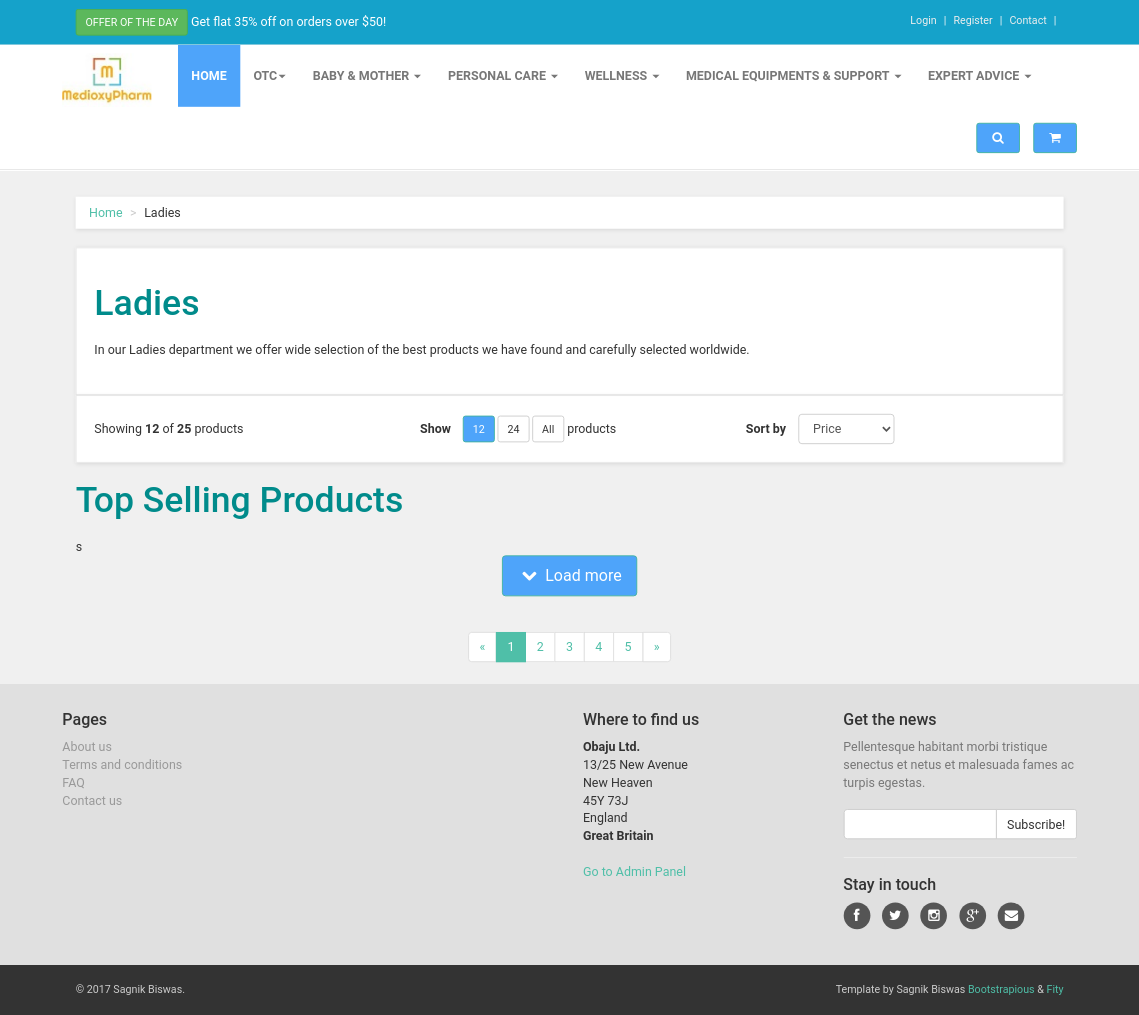
Repository: Sagnikb9/Java-Devops-Ecommerce
Page: http://localhost/MedioxyPharm/WEB-INF/views/product.jsp
The author's editor kept a copy of each file at every save. The page is drawn from the files as they stood at one save, then again after the next save.
The browser window is 1280 px wide. The pictures show the whole page, at 89% of full size.
Some web fonts or font styles are not loaded; a fallback is used. The page is served by Tomcat 9. Nobody is signed in. Other server files are loaded and not shown. The template is opened directly, without the code that normally fills it, so the values that code supplies are empty.

Above is the page before, as saved 2017-11-17 23:23:51.

### MedioxyPharm/src/main/webapp/WEB-INF/views/product.jsp
<%@ taglib prefix = "c" uri = "http://java.sun.com/jsp/jstl/core" %>
<jsp:include page="headerContext.jsp"></jsp:include>
<%@ page import="com.*" %>
    <div id="all">

        <div id="content">
            <div class="container">

                <div class="col-md-12">
                    <ul class="breadcrumb">
                        <li><a href="#">Home</a>
                        </li>
                        <li>Ladies</li>
                    </ul>
                </div>

                <div class="col-md-3">

<style>
 .img-responsive1{
    display: block;
    width: 100% \9;
    max-width: 100%;
    height: 200px;
}



</style>



                </div>

                <div class="col-md-12">
                    <div class="box">
                        <h1>Ladies</h1>
                        <p>In our Ladies department we offer wide selection of the best products we have found and carefully selected worldwide.</p>
                    </div>

                    <div class="box info-bar">
                        <div class="row">
                            <div class="col-sm-12 col-md-4 products-showing">
                                Showing <strong>12</strong> of <strong>25</strong> products
                            </div>

                            <div class="col-sm-12 col-md-8  products-number-sort">
                                <div class="row">
                                    <form class="form-inline">
                                        <div class="col-md-6 col-sm-6">
                                            <div class="products-number">
                                                <strong>Show</strong>  <a href="#" class="btn btn-default btn-sm btn-primary">12</a>  <a href="#" class="btn btn-default btn-sm">24</a>  <a href="#" class="btn btn-default btn-sm">All</a> products
                                            </div>
                                        </div>
                                        <div class="col-md-6 col-sm-6">
                                            <div class="products-sort-by">
                                                <strong>Sort by</strong>
                                                <select name="sort-by" class="form-control">
                                                    <option>Price</option>
                                                    <option>Name</option>
                                                    <option>Sales first</option>
                                                </select>
                                            </div>
                                        </div>
                                    </form>
                                </div>
                            </div>
                        </div>
                    </div>

                    <div class="row products">
<c:forEach items="${productList}" var="product">
                        <div class="col-md-4 col-sm-6">
                            <div class="product">
                                <div class="flip-container">
                                    <div class="flipper">
                                        <div class="">
                                            <a href="<c:url value="details/${product.proId}"/>">
                                                <img src="assets/img/${product.proId}.jpg" alt="" class="img-responsive1">
                                            </a>
                                        </div>

                                    </div>
                                </div>

                                <div class="text">
                                                <h3><a href="<c:url value="details/${product.proId}"/>"><span style="color:#30d4ff">${product.proName}</span></a></h3>
                                                <p class="price"><span style="color:#ff3048">${product.proPrice}</span></p>
                                            </div>
                                <!-- /.text -->
                            </div>
                            <!-- /.product -->
                        </div>

</c:forEach>
                        <!-- /.col-md-4 -->
                    </div>
                    <!-- /.products -->


<h1>Top Selling Products</h1>

<div class="product-slider">
                    <c:forEach items="${productList}" var="product">
                        <div class="item">
                            <div class="product">
                                <div class="flip-container">
                                    <div class="flipper">
                                        <div class="">
                                            <a href="<c:url value="details/${product.proId}"/>">
                                                <img src="assets/img/${product.proId}.jpg" alt="" class="img-responsive1">
                                            </a>
                                            <div class="text">
                                                <h3><a href="<c:url value="details/${product.proId}"/>"><span style="color:#30d4ff">${product.proName}</span></a></h3>
                                                <p class="price"><span style="color:#ff3048">${product.proPrice}</span></p>
                                            </div>
                                        </div>

                                    </div>
                                </div>


                                <!-- /.text -->
                            </div>
                            <!-- /.product -->
                        </div>
                        </c:forEach>
                    </div>             s
                    <div class="pages">

                        <p class="loadMore">
                            <a href="#" class="btn btn-primary btn-lg"><i class="fa fa-chevron-down"></i> Load more</a>
                        </p>

                        <ul class="pagination">
                            <li><a href="#">&laquo;</a>
                            </li>
                            <li class="active"><a href="#">1</a>
                            </li>
                            <li><a href="#">2</a>
                            </li>
                            <li><a href="#">3</a>
                            </li>
                            <li><a href="#">4</a>
                            </li>
                            <li><a href="#">5</a>
                            </li>
                            <li><a href="#">&raquo;</a>
                            </li>
                        </ul>
                    </div>


                </div>
                <!-- /.col-md-9 -->
            </div>
            <!-- /.container -->
        </div>
        <!-- /#content -->

<jsp:include page="footerContext.jsp"></jsp:include>

### MedioxyPharm/src/main/webapp/WEB-INF/views/footerContext.jsp
        <!-- *** FOOTER ***
 _________________________________________________________ -->
        <div id="footer" data-animate="fadeInUp">
            <div class="container">
                <div class="row">
                    <div class="col-md-3 col-sm-6">
                        <h4>Pages</h4>

                        <ul>
                            <li><a href="text.html">About us</a>
                            </li>
                            <li><a href="text.html">Terms and conditions</a>
                            </li>
                            <li><a href="faq.html">FAQ</a>
                            </li>
                            <li><a href="contact">Contact us</a>
                            </li>
                        </ul>



                    </div>
                    <!-- /.col-md-3 -->

                    <div class="col-md-3 col-sm-6">



                        <hr class="hidden-md hidden-lg">

                    </div>
                    <!-- /.col-md-3 -->

                    <div class="col-md-3 col-sm-6">

                        <h4>Where to find us</h4>

                        <p><strong>Obaju Ltd.</strong>
                            <br>13/25 New Avenue
                            <br>New Heaven
                            <br>45Y 73J
                            <br>England
                            <br>
                            <strong>Great Britain</strong>
                        </p>

                        <a href="adminDashboard">Go to Admin Panel</a>

                        <hr class="hidden-md hidden-lg">

                    </div>
                    <!-- /.col-md-3 -->



                    <div class="col-md-3 col-sm-6">

                        <h4>Get the news</h4>

                        <p class="text-muted">Pellentesque habitant morbi tristique senectus et netus et malesuada fames ac turpis egestas.</p>

                        <form>
                            <div class="input-group">

                                <input type="text" class="form-control">

                                <span class="input-group-btn">

			    <button class="btn btn-default" type="button">Subscribe!</button>

			</span>

                            </div>
                            <!-- /input-group -->
                        </form>

                        <hr>

                        <h4>Stay in touch</h4>

                        <p class="social">
                            <a href="#" class="facebook external" data-animate-hover="shake"><i class="fa fa-facebook"></i></a>
                            <a href="#" class="twitter external" data-animate-hover="shake"><i class="fa fa-twitter"></i></a>
                            <a href="#" class="instagram external" data-animate-hover="shake"><i class="fa fa-instagram"></i></a>
                            <a href="#" class="gplus external" data-animate-hover="shake"><i class="fa fa-google-plus"></i></a>
                            <a href="#" class="email external" data-animate-hover="shake"><i class="fa fa-envelope"></i></a>
                        </p>


                    </div>
                    <!-- /.col-md-3 -->

                </div>
                <!-- /.row -->

            </div>
            <!-- /.container -->
        </div>
        <!-- /#footer -->

        <!-- *** FOOTER END *** -->




        <!-- *** COPYRIGHT ***
 _________________________________________________________ -->
        <div id="copyright">
            <div class="container">
                <div class="col-md-6">
                    <p class="pull-left">© 2017 Sagnik Biswas.</p>

                </div>
                <div class="col-md-6">
                    <p class="pull-right">Template by Sagnik Biswas <a href="https://bootstrapious.com/e-commerce-templates">Bootstrapious</a> & <a href="https://fity.cz">Fity</a>
                         <!-- Not removing these links is part of the license conditions of the template. Thanks for understanding :) If you want to use the template without the attribution links, you can do so after supporting further themes development at https://bootstrapious.com/donate  -->
                    </p>
                </div>
            </div>
        </div>
        <!-- *** COPYRIGHT END *** -->



    </div>
    <!-- /#all -->




    <!-- *** SCRIPTS TO INCLUDE ***
 _________________________________________________________ -->
    <script src="<%=request.getContextPath()%>/js/jquery-1.11.0.min.js"></script>
    <script src="<%=request.getContextPath()%>/js/bootstrap.min.js"></script>
    <script src="<%=request.getContextPath()%>/js/jquery.cookie.js"></script>
    <script src="<%=request.getContextPath()%>/js/waypoints.min.js"></script>
    <script src="<%=request.getContextPath()%>/js/modernizr.js"></script>
    <script src="<%=request.getContextPath()%>/js/bootstrap-hover-dropdown.js"></script>
    <script src="<%=request.getContextPath()%>/js/owl.carousel.min.js"></script>
    <script src="<%=request.getContextPath()%>/js/front.js"></script>


</body>

</html>

Loaded but not shown: MedioxyPharm/src/main/webapp/css/font-awesome.css (library); MedioxyPharm/src/main/webapp/css/bootstrap.min.css (library); MedioxyPharm/src/main/webapp/css/animate.min.css (library); MedioxyPharm/src/main/webapp/css/owl.carousel.css (common file); MedioxyPharm/src/main/webapp/css/owl.theme.css (common file); MedioxyPharm/src/main/webapp/css/custom.css (common file); MedioxyPharm/src/main/webapp/js/respond.min.js (library); MedioxyPharm/src/main/webapp/js/jquery-1.11.0.min.js (library); MedioxyPharm/src/main/webapp/js/bootstrap.min.js (library); MedioxyPharm/src/main/webapp/js/jquery.cookie.js (library); MedioxyPharm/src/main/webapp/js/waypoints.min.js (library); MedioxyPharm/src/main/webapp/js/modernizr.js (library); MedioxyPharm/src/main/webapp/js/bootstrap-hover-dropdown.js (library); MedioxyPharm/src/main/webapp/js/owl.carousel.min.js (library); MedioxyPharm/src/main/webapp/js/front.js (237 lines, source omitted); MedioxyPharm/src/main/webapp/css/style.default.css (1689 lines, source omitted); MedioxyPharm/src/main/webapp/WEB-INF/views/headerContext.jsp (394 lines, source omitted)

After the next save:
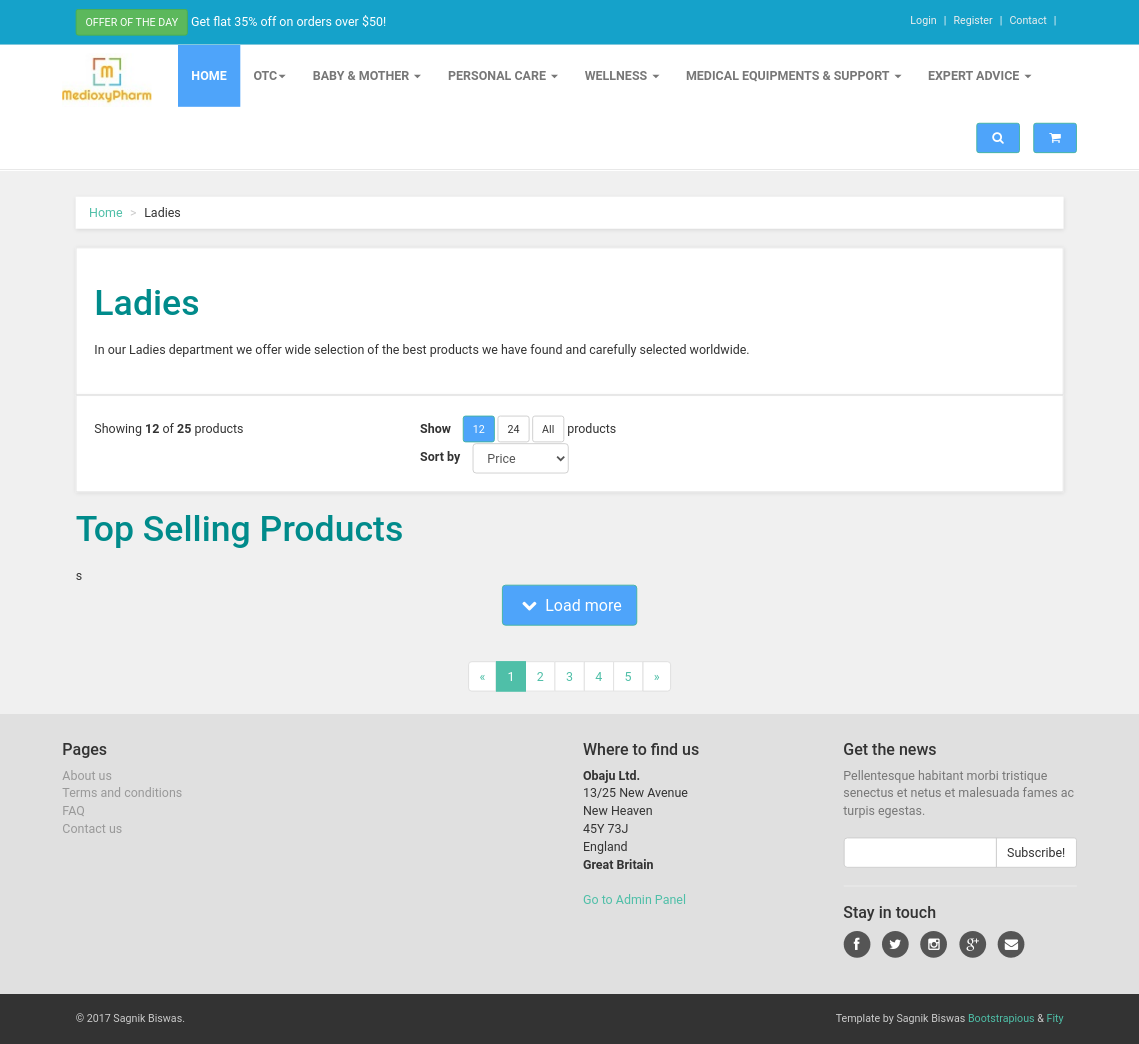
Saved 25 s later.
--- a/MedioxyPharm/src/main/webapp/WEB-INF/views/product.jsp
+++ b/MedioxyPharm/src/main/webapp/WEB-INF/views/product.jsp
@@ -47,7 +47,7 @@
                             <div class="col-sm-12 col-md-8  products-number-sort">
                                 <div class="row">
                                     <form class="form-inline">
-                                        <div class="col-md-6 col-sm-6">
+                                        <div class="col-md-12">
                                             <div class="products-number">
                                                 <strong>Show</strong>  <a href="#" class="btn btn-default btn-sm btn-primary">12</a>  <a href="#" class="btn btn-default btn-sm">24</a>  <a href="#" class="btn btn-default btn-sm">All</a> products
                                             </div>

After the save that followed:
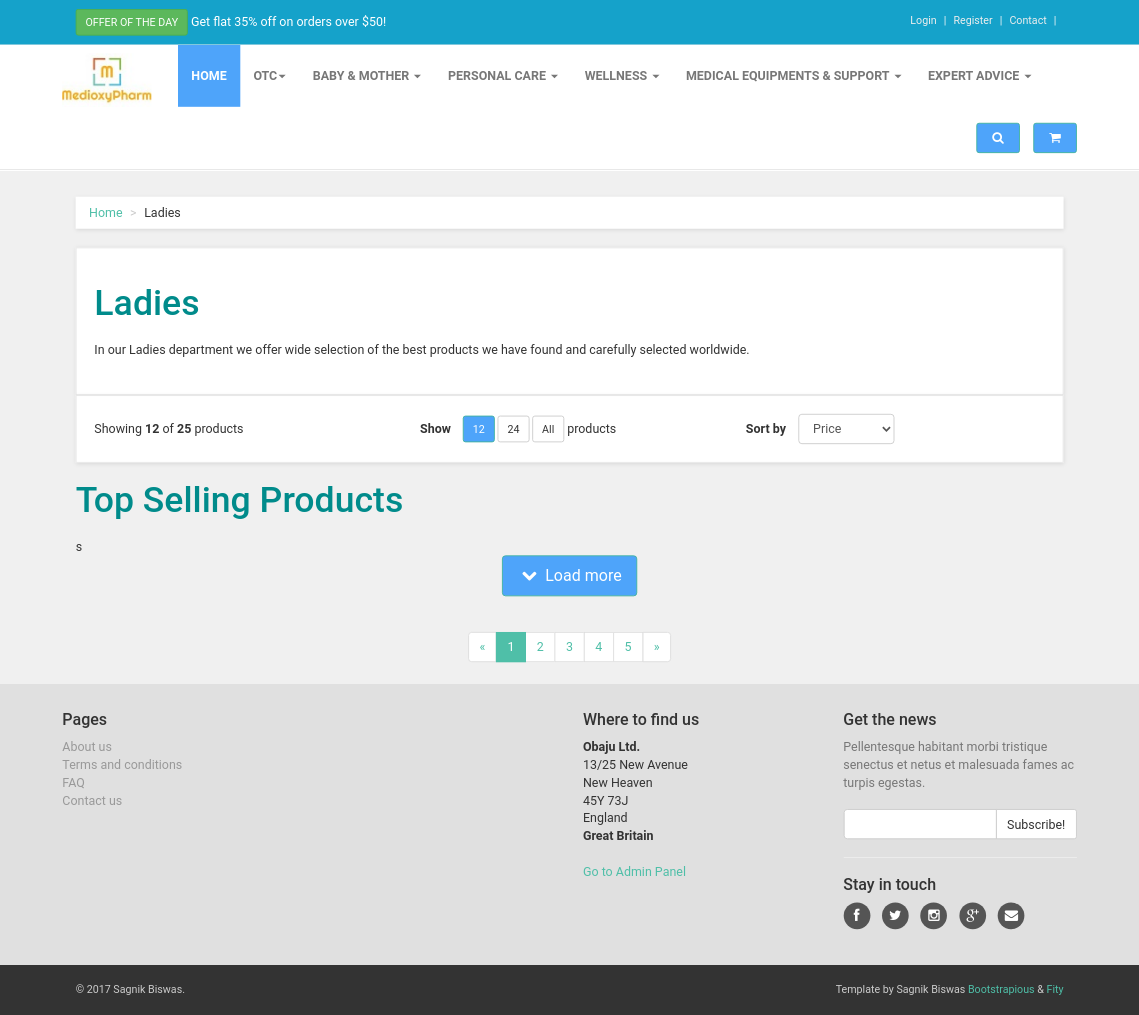
Saved 72 s later.
--- a/MedioxyPharm/src/main/webapp/WEB-INF/views/product.jsp
+++ b/MedioxyPharm/src/main/webapp/WEB-INF/views/product.jsp
@@ -47,7 +47,7 @@
                             <div class="col-sm-12 col-md-8  products-number-sort">
                                 <div class="row">
                                     <form class="form-inline">
-                                        <div class="col-md-12">
+                                        <div class="col-md-6 col-sm-6">
                                             <div class="products-number">
                                                 <strong>Show</strong>  <a href="#" class="btn btn-default btn-sm btn-primary">12</a>  <a href="#" class="btn btn-default btn-sm">24</a>  <a href="#" class="btn btn-default btn-sm">All</a> products
                                             </div>
@@ -70,7 +70,7 @@
 
                     <div class="row products">
 <c:forEach items="${productList}" var="product">
-                        <div class="col-md-4 col-sm-6">
+                        <div class="col-md-12">
                             <div class="product">
                                 <div class="flip-container">
                                     <div class="flipper">
